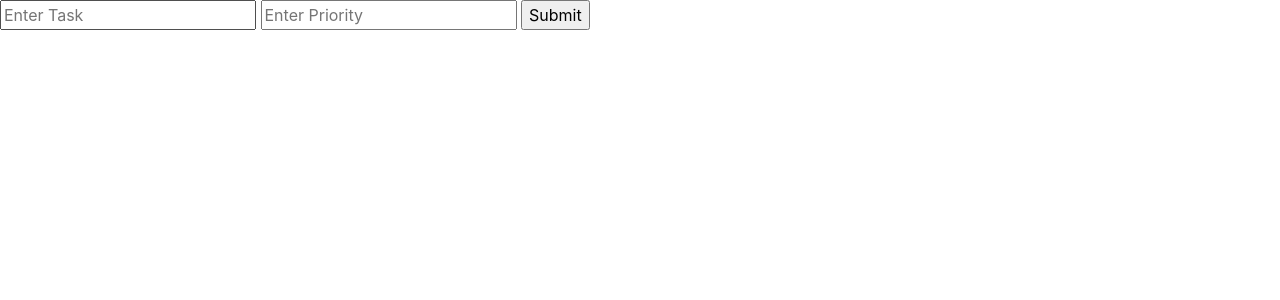
Repository: bitmap357/To-Do-App_Django
Page: http://localhost/add/
The author's editor kept a copy of each file at every save. The page is drawn from the files as they stood at one save, then again after the next save.
The browser window is 1280 px wide. The pictures show the whole page.
The page is served by the project's application, run on Django 5.2 (mysite/manage.py).

Above is the page before, as saved 2024-03-27 22:35:00.

After the next save:
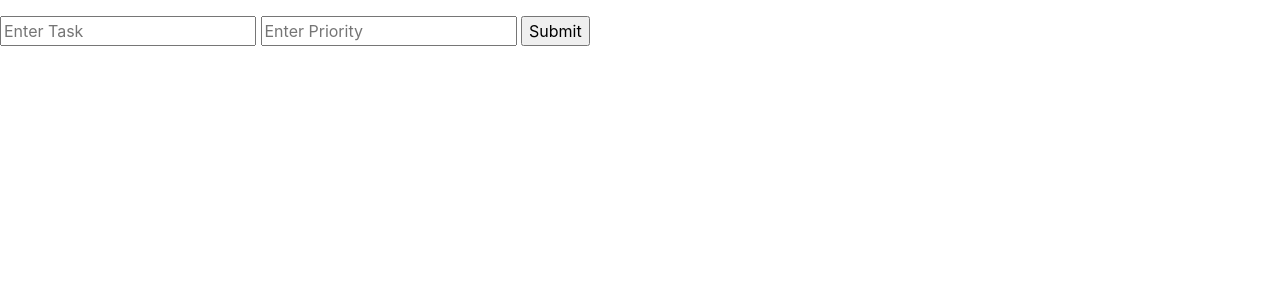
Saved 5 s later.
--- a/mysite/myapp/templates/myapp/add.html
+++ b/mysite/myapp/templates/myapp/add.html
@@ -2,7 +2,7 @@
 {% block body %}
 <form method="post">
     {% csrf_token %}
-    <div class=""></div>
+    <div class="form-group"></div>
     <input type="text" name="name" id="name" placeholder="Enter Task">
     <input type="text" name="priority" id="priority" placeholder="Enter Priority">
     <input type="submit">
